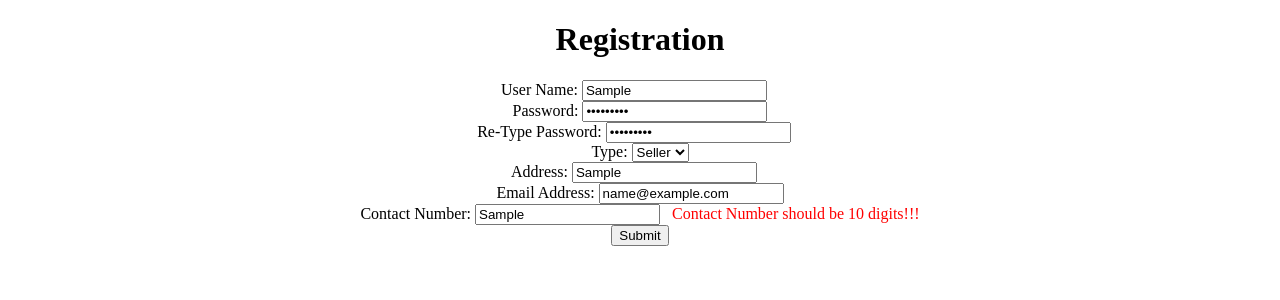
Repository: HariharanMiracle/CodeComplexity
Page: http://localhost/Paf_assignment/Register.jsp
An editor plug-in stored every save of this project. The page is shown before and after the next save, followed by the edit.
The browser window is 1280 px wide. The pictures show the whole page.
Empty fields were first filled with sample values (such as "Sample", 5 or name@example.com).
After loading, the first visible `form` was submitted once.
The page is served by Tomcat 9.

Above is the page before, as saved 2019-04-29 20:45:18.

After the next save:
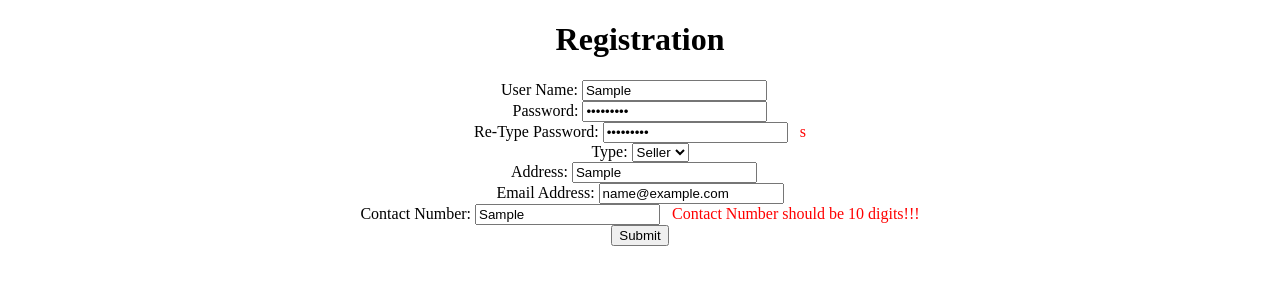
Saved 51 s later.
--- a/Paf_assignment/WebContent/Register.jsp
+++ b/Paf_assignment/WebContent/Register.jsp
@@ -41,7 +41,7 @@
 			var alphaNumeric = /^[0-9a-zA-Z]+$/;
 
 			if(pw == cpw){
-				document.getElementById("prusername").innerHTML = "s";
+				document.getElementById("password").innerHTML = "s";
 				if(username.match(letters)){
 					document.getElementById("prusername").innerHTML = "";
 					if(username.length > 3){

After the save that followed:
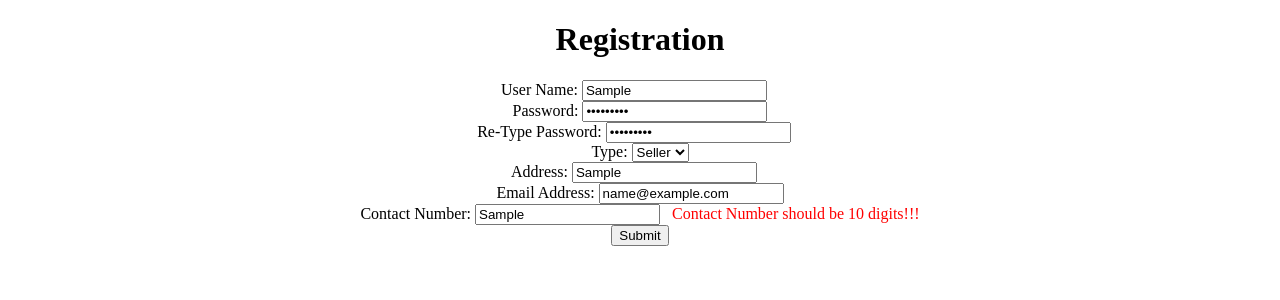
Saved 32 s later.
--- a/Paf_assignment/WebContent/Register.jsp
+++ b/Paf_assignment/WebContent/Register.jsp
@@ -41,7 +41,7 @@
 			var alphaNumeric = /^[0-9a-zA-Z]+$/;
 
 			if(pw == cpw){
-				document.getElementById("password").innerHTML = "s";
+				document.getElementById("password").innerHTML = "";
 				if(username.match(letters)){
 					document.getElementById("prusername").innerHTML = "";
 					if(username.length > 3){
